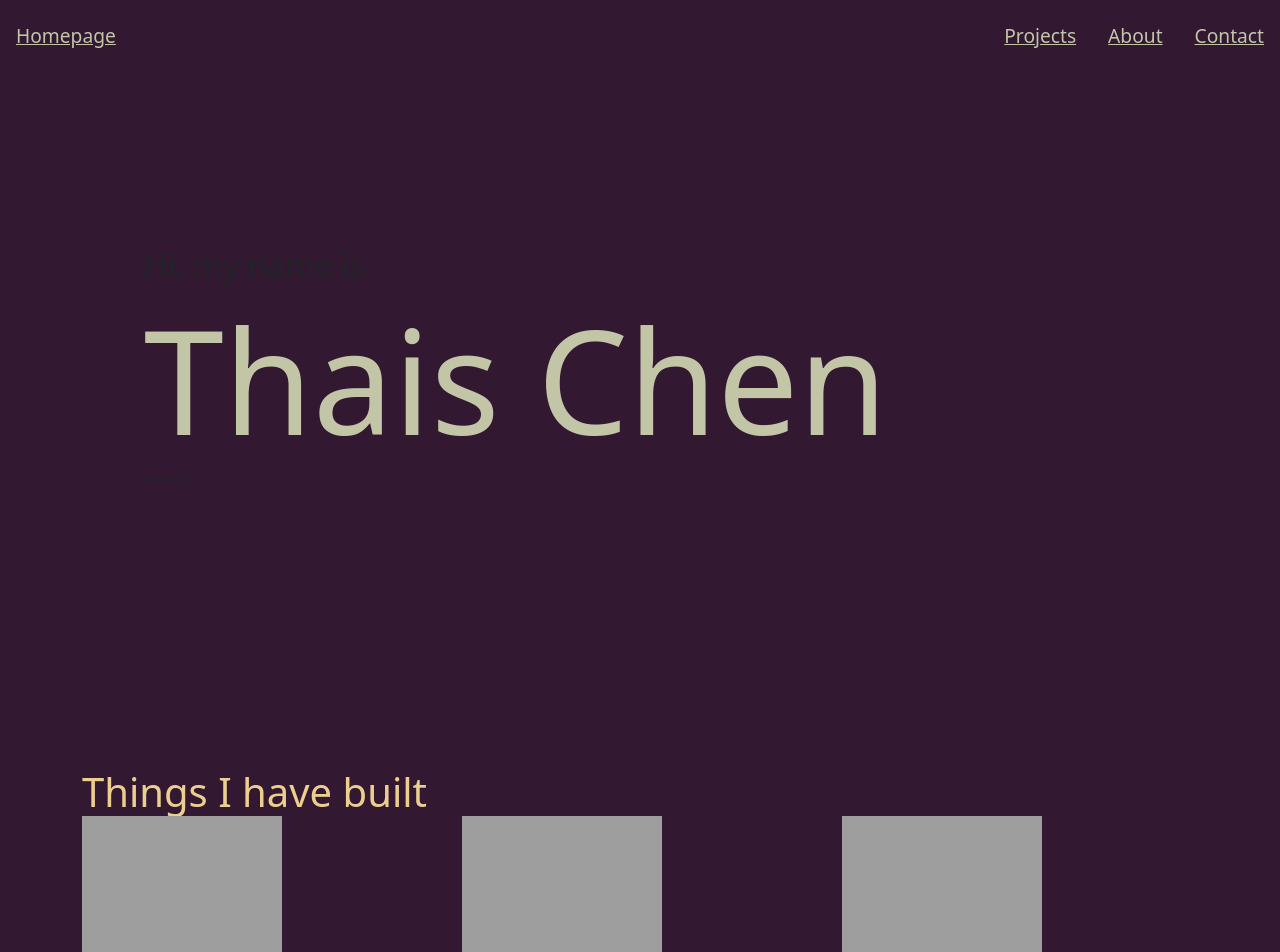
Repository: thais-chen/Portfolio
Page: index.html
These files come from the project's save history. The page is drawn as it stood at one moment and after a run of saves; the edit follows.
The browser window is 1280 px wide. The pictures show the part of the page from y = 0 to 952 px (the page is 1390 px tall before and 1329 px after).
Pictures or frames that could not be fetched are drawn as grey boxes.

Above is the page before, as saved 2022-06-17 19:37:59.

### index.html
<!DOCTYPE html>
<html lang="en">
  <head>
    <meta charset="UTF-8">
    <meta name="viewport" content="width=device-width, initial-scale=1.0">
    <meta http-equiv="X-UA-Compatible" content="ie=edge">
    <title>Thais Chen</title>
    <!-- CSS only -->
<link href="https://cdn.jsdelivr.net/npm/bootstrap@5.2.0-beta1/dist/css/bootstrap.min.css" rel="stylesheet"
    integrity="sha384-0evHe/X+R7YkIZDRvuzKMRqM+OrBnVFBL6DOitfPri4tjfHxaWutUpFmBp4vmVor" crossorigin="anonymous">
<link rel="stylesheet" href="./style.css">
  </head>
  <body>
    <header>
        <nav class="navbar">
            <ul>
                <li class="nav-icon"><a href="#contact" > Contact</a></li>
                <li><a href="#about"> About</a> </li>
                <li><a href="#projects"> Projects</a></li>
                <li style="float:left"><a href="#"> Homepage </a> </li>
            </ul>
        </nav>
    </header>
    <main>
        <div class="container">
        <section id="intro" class="row align-items-center">
            <div class="col">
                <h2>Hi, my name is </h2>
                <h1>Thais Chen</h1>
                <p>etcetc</p>
            </div>

        </section>
        <section id="projects" class="row ">
            <h3> Things I have built </h3>


                    <div class="col">
                        <img src="https://picsum.photos/id/237/200/300">
                        <p>
                            etcetc
                        </p>

                    </div>
                    <div class="col">
                        <img src="https://picsum.photos/id/237/200/300">
                        <p>
                            etcetc
                        </p>
                    </div>
                    <div class="col">
                        <img src="https://picsum.photos/id/237/200/300">
                        <p>
                            etcetc
                        </p>
                    </div>

        </section>
        <section id="about" class="row align-items-center">
            <h3> About Me</h3>
        </section>
        <section id="contact" class="row align-items-center">
            <h3>Let's Connect</h3>
        </section>
    </div>
    </main>
    <!-- JavaScript Bundle with Popper -->
    <script src="https://cdn.jsdelivr.net/npm/bootstrap@5.2.0-beta1/dist/js/bootstrap.bundle.min.js" integrity="sha384-pprn3073KE6tl6bjs2QrFaJGz5/SUsLqktiwsUTF55Jfv3qYSDhgCecCxMW52nD2" crossorigin="anonymous"></script>
	<script src="script.js"></script>
  </body>
</html>

### style.css
section{
    margin: 2rem;
}
body{
    background-color: #331832;
}
/*navbar*/
.navbar{
    display: block;
}
.navbar ul {
    list-style: none;
    padding: 0;
    margin: 0;
  }
  .navbar li {
    float: right;
  }
  .navbar li a {
    display: inline-block;
    text-align: center;
    color: #C2C6A7;
    padding: 14px 16px;
    font-size: larger;

}
/* introduction*/
#intro{
    min-height: 100vh;
}
#intro h3{
    color: #ECCE8E;
    font-size: 8vh;
    margin-bottom: 0;
    font-weight: 100;
}
#intro h1{
    color: #C2C6A7;
    font-size: 20vh;
    margin: 0;
}
/* projects */
#projects{

}
#projects h3{
    color: #ECCE8E;
    font-size: 2.5rem;
    margin-bottom: 0;
    font-weight: 100;

}
.container h3{
    color: #ECCE8E;
    font-size: 8vh;
    margin-bottom: 0;
    font-weight: 100;
}

Loaded but not shown: script.js (no copy from this time; the picture is the same without it)

After the next 2 saves:
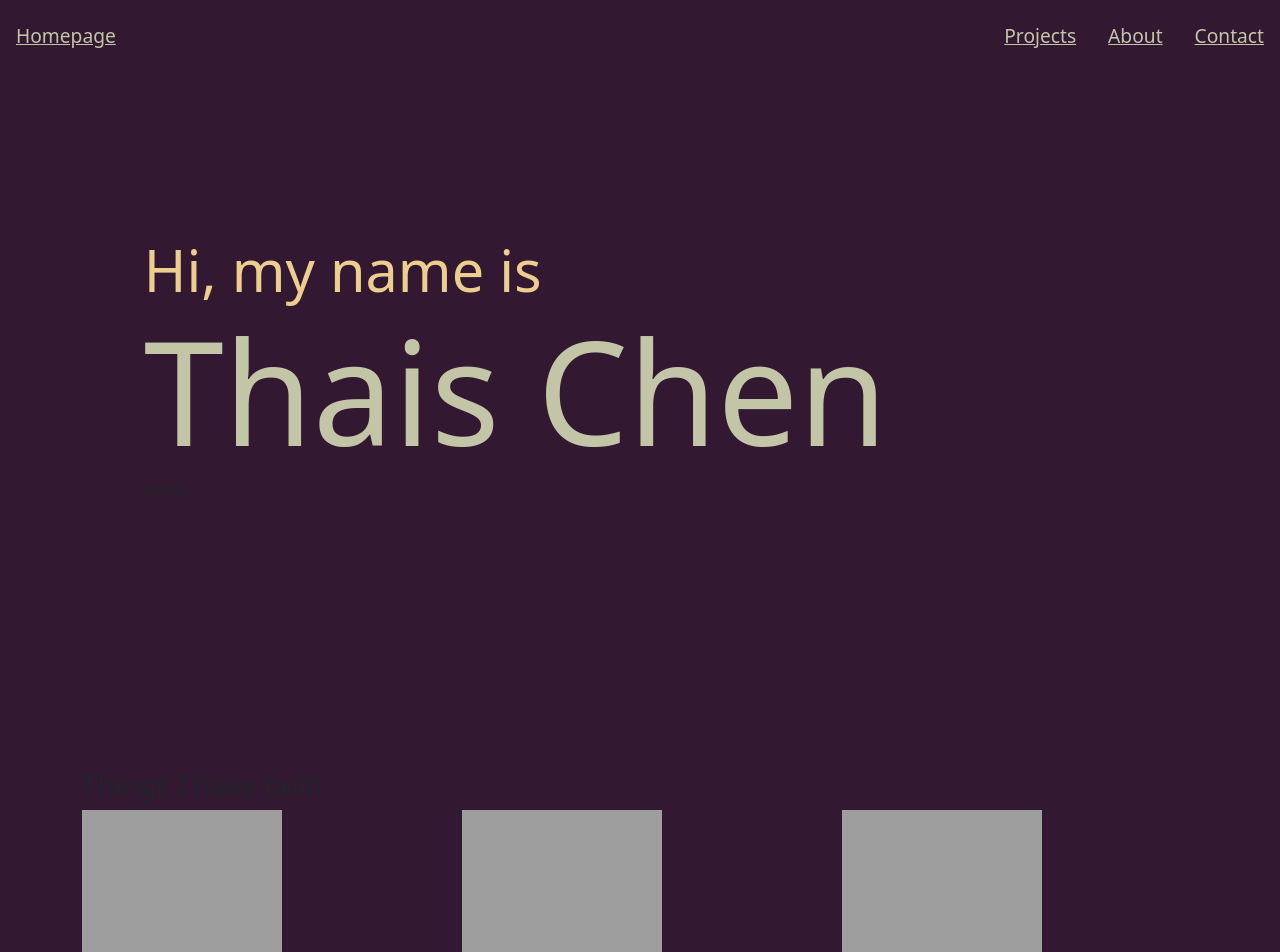
The 2 saves are shown as one change because they came seconds apart.
The last was saved 9 s later.
--- a/style.css
+++ b/style.css
@@ -43,14 +43,8 @@ body{
 #projects{
 
 }
-#projects h3{
-    color: #ECCE8E;
-    font-size: 2.5rem;
-    margin-bottom: 0;
-    font-weight: 100;
 
-}
-.container h3{
+.container h2{
     color: #ECCE8E;
     font-size: 8vh;
     margin-bottom: 0;
